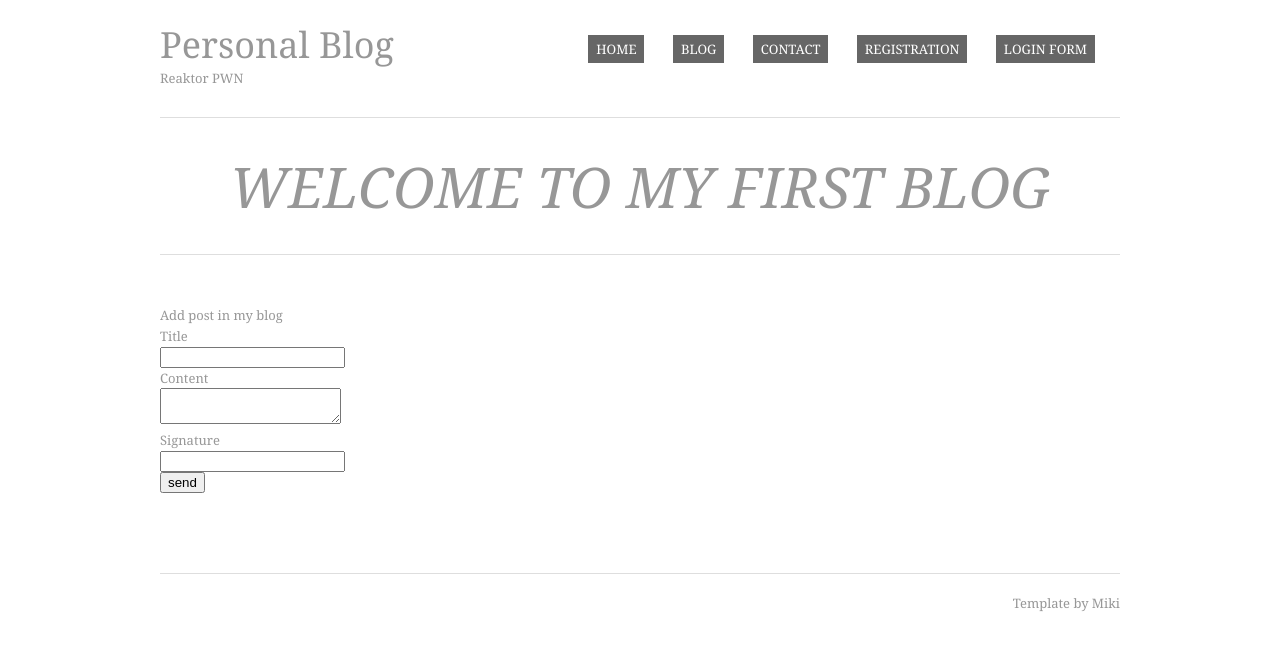
Repository: AnnaPolatynska/SpringCwiczenia
Page: http://localhost/blog
An editor plug-in stored every save of this project. The page is shown before and after the next save, followed by the edit.
The browser window is 1280 px wide. The pictures show the whole page.
The page is this project's Thymeleaf template; nobody is signed in. The template is opened directly, without the code that normally fills it, so the values that code supplies are empty.

Above is the page before, as saved 2017-08-30 12:44:25.

### D-MVC-JAR/src/main/resources/templates/blog.html
<!DOCTYPE html>
<html lang="en" dir="ltr" xmlns:th="http://www.thymeleaf.org">
<head>
<title>Basic 79</title>
<meta charset="iso-8859-1" />
<link rel="stylesheet" href="layout.css" type="text/css" />
</head>
<body>
<div class="wrapper row1">
  <header id="header" class="clear">
    <div id="hgroup">
      <h1><a href="#">Personal Blog</a></h1>
      <h2>Reaktor PWN</h2>
    </div>
    <nav>
      <ul>
        <li><a href="/">Home</a></li>
        <li><a href="#">blog</a></li>
        <li><a href="/contact">Contact</a></li>
        <li><a href="/registerForm">Registration</a></li>
          <li><a href="/loginForm">Login form</a></li>
      </ul>
    </nav>
  </header>
</div>
<!-- content -->
<div class="wrapper row2">
  <div id="container" class="clear">
    <!-- content body -->
    <section id="shout">
      <h1>Welcome to my first Blog</h1>
    </section>
    <!-- main content -->
    <section id="services" class="clear">
      <!-- article 1 -->
      <article>
		<p> Add post in my blog </p>
		<form th:action="@{/add}" method="post">
			<p> Title </p>
			<input type="text" th:field="${post.title}"/> <br/>
			<p> Content </p>
			<textarea th:field="${post.content}"></textarea> <br/>
			<p> Signature </p>
			<input type="text" th:field="${post.sign}"/> <br/>
			<input type="submit" value="send"/>
		</form>
      </article>
    </section>
    <!-- / content body -->
  </div>
</div>
<!-- footer -->
<div class="wrapper row3">
  <footer id="footer" class="clear">
    <p class="fl_right">Template by Miki</p>
  </footer>
</div>
</body>
</html>

### D-MVC-JAR/src/main/resources/static/layout.css
html{overflow-y:scroll;} /* Forces a scrollbar when the viewport is larger than the websites content - CSS3 */

body{margin:0; padding:0; font-size:13px; font-family:Georgia, "Times New Roman", Times, serif; color:#979797; background-color:#FFFFFF;}

.clear:after{content:"."; display:block; height:0; clear:both; visibility:hidden; line-height:0;}
.clear{display:block; clear:both;}
html[xmlns] .clear{display:block;}
* html .clear{height:1%;}

a{outline:none; text-decoration:none;}

code{font-weight:normal; font-style:normal; font-family:Georgia, "Times New Roman", Times, serif;}

.fl_left{float:left;}
.fl_right{float:right;}

img{margin:0; padding:0; border:none; line-height:normal; vertical-align:middle;}
.imgholder, .imgl, .imgr{padding:4px; border:1px solid #D6D6D6; text-align:center;}
.imgl{float:left; margin:0 15px 15px 0; clear:left;}
.imgr{float:right; margin:0 0 15px 15px; clear:right;}

/*----------------------------------------------HTML 5 Overrides-------------------------------------*/

address, article, aside, figcaption, figure, footer, header, nav, section{display:block; margin:0; padding:0;}

q{display:block; padding:0 10px 8px 10px; color:#979797; background-color:#ECECEC; font-style:italic; line-height:normal;}
q:before{content:'� '; font-size:26px;}
q:after{content:' �'; font-size:26px; line-height:0;}

/* ----------------------------------------------Wrapper-------------------------------------*/

div.wrapper{display:block; width:960px; margin:0 auto; padding:0; text-align:left;}

.row1, .row1 a{color:#979797; background-color:#FFFFFF;}
.row2{color:#979797; background-color:#FFFFFF;}
.row2 a{color:#FF9900; background-color:#FFFFFF;}
.row3{border-top:1px solid #DEDEDE;}
.row3, .row3 a{color:#979797; background-color:#FFFFFF;}

/*----------------------------------------------Generalise-------------------------------------*/

#header, #container, #footer{display:block; width:960px;}

nav ul{margin:0; padding:0; list-style:none;}

h1, h2, h3, h4, h5, h6{margin:0; padding:0; font-size:16px; font-weight:bold; font-style:normal; line-height:normal; text-transform:uppercase;}

address{font-style:normal;}

blockquote, q{display:block; padding:8px 10px; color:#979797; background-color:#ECECEC; font-style:italic; line-height:normal;}
blockquote:before, q:before{content:'� '; font-size:26px;}
blockquote:after, q:after{content:' �'; font-size:26px; line-height:0;}

.one_third, .two_third, .three_third{display:block; float:left; margin:0 30px 0 0;}
.one_third{width:300px;}
.two_third{width:630px;}
.three_third{width:960px; float:none; margin-right:0; clear:both;}
.lastbox{margin-right:0;}

/*----------------------------------------------Header-------------------------------------*/

#header{}

#header #hgroup{padding:20px 0 0 0; float:left;}
#header #hgroup h1, #header #hgroup h2{font-weight:normal; text-transform:none;}
#header #hgroup h1{font-size:36px;}
#header #hgroup h2{font-size:13px;}

#header nav{display:block; float:right; margin:20px 0 0 0; padding:20px 0;}
#header nav ul{}
#header nav li{display:inline; margin-right:25px; text-transform:uppercase;}
#header nav li.last{margin-right:0;}
#header nav li a{padding:5px 8px; color:#FFFFFF; background-color:#666666;}
#header nav li a:hover{color:#FF9900; background-color:#FFFFFF;}

/*----------------------------------------------Content Area-------------------------------------*/

#container{padding:30px 0;}
#container section{display:block; width:100%; margin:0 0 30px 0; padding:0;}
#container .last{margin:0;}
#container .more{text-align:right;}

/* ------Shout-----*/

#container #shout{margin-bottom:50px; padding:30px 0; border-top:1px solid #DEDEDE; border-bottom:1px solid #DEDEDE;}
#container #shout h1{font-size:56px; font-weight:normal; font-style:italic; text-transform:uppercase; text-align:center;}
#container #shout p{font-size:16px; margin-bottom:0; padding-bottom:0; line-height:1.8em;}

/* ------services-----*/

#container #services{margin-bottom:50px; line-height:1.6em;}
#container #services article{}
#container #services article h2{font-size:14px; margin-bottom:15px;}
#container #services article p{margin:0; padding:0;}
#container #services article img{float:left; width:80px; height:80px; margin:0 10px 10px 0; padding:4px; border:1px solid #DEDEDE;}
#container #services article footer{margin:10px 0 0 0;}

/*----------------------------------------------Footer-------------------------------------*/

#footer{padding:20px 0;}
#footer p{margin:0; padding:0;}

After the next save:
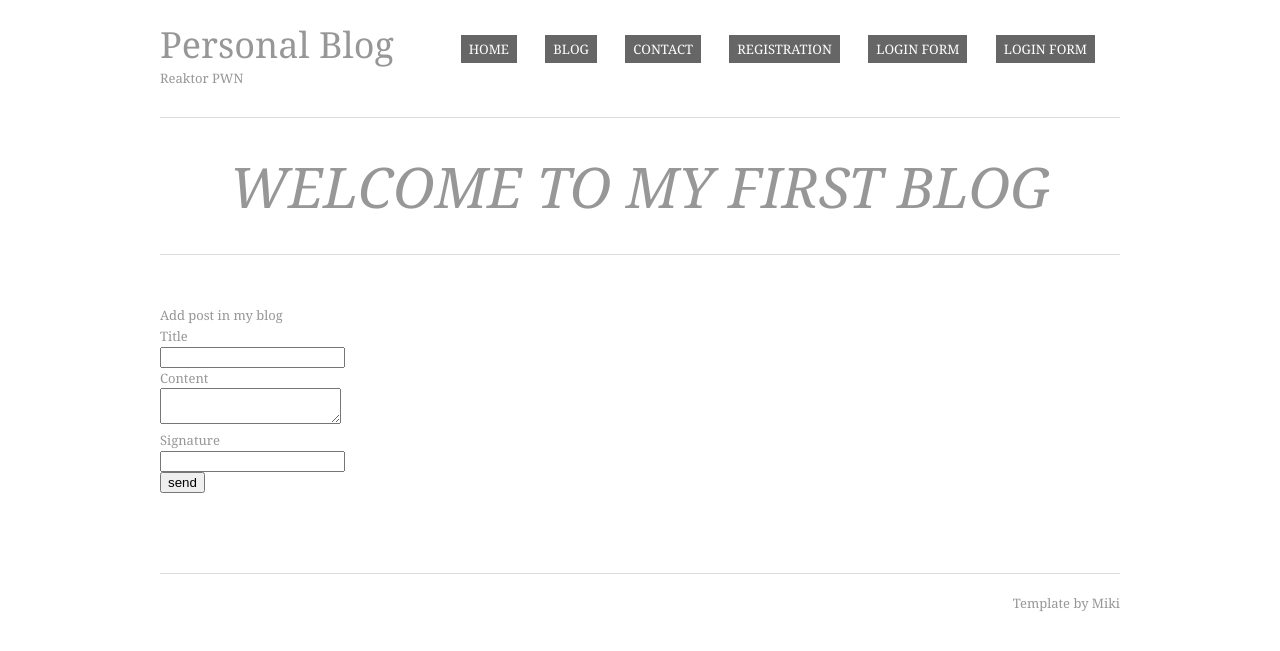
Saved 3 min 24 s later.
--- a/D-MVC-JAR/src/main/resources/templates/blog.html
+++ b/D-MVC-JAR/src/main/resources/templates/blog.html
@@ -18,7 +18,8 @@
         <li><a href="#">blog</a></li>
         <li><a href="/contact">Contact</a></li>
         <li><a href="/registerForm">Registration</a></li>
-          <li><a href="/loginForm">Login form</a></li>
+         <li><a href="/loginForm">Login form</a></li>
+         <li><a href="/loginForm">login form</a></li>
       </ul>
     </nav>
   </header>
